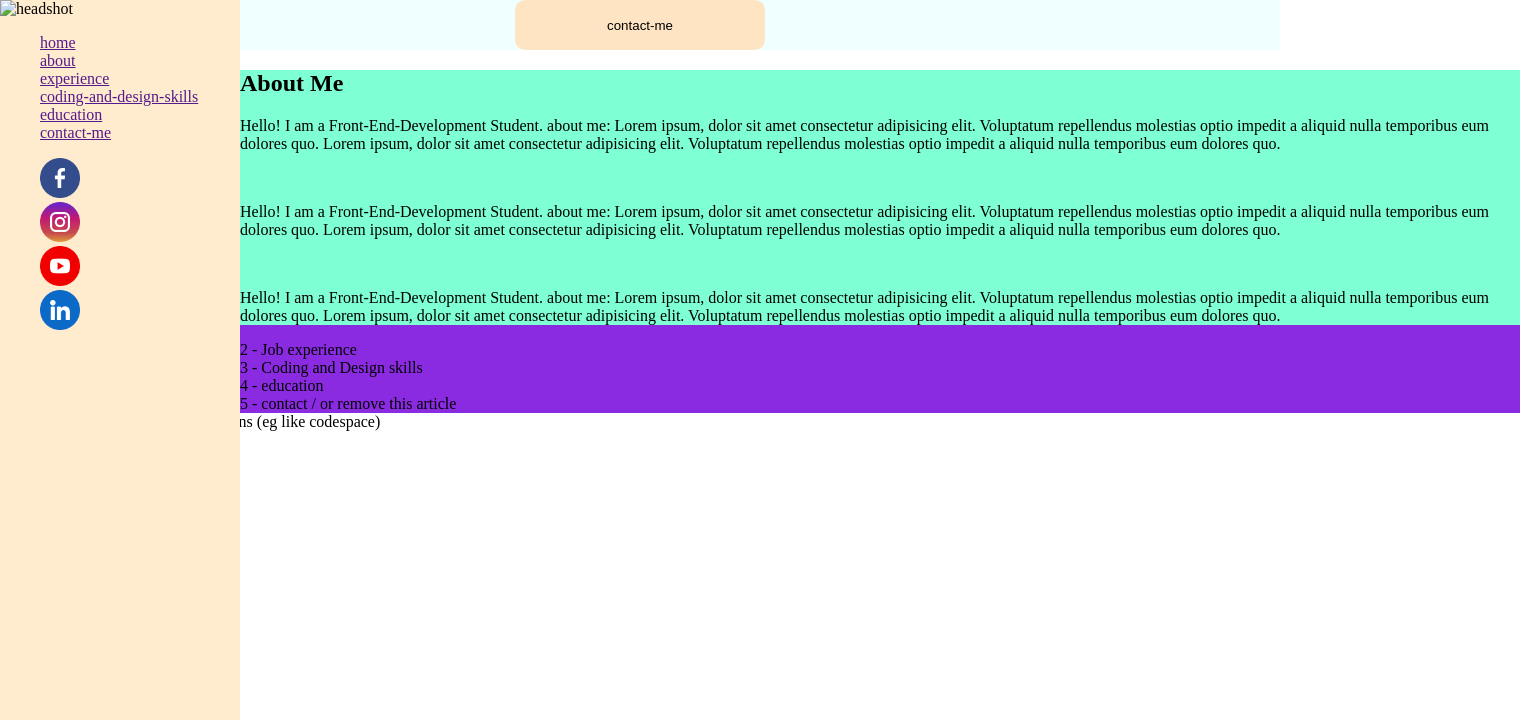
Repository: WesleyErasmus/MyDigitalResume-5
Page: index.html
These files come from the project's save history. The page is drawn as it stood at one moment and after the next save; the edit follows.
The browser window is 1280 px wide. The page is 1520 px wide, so the pictures cover 1520 px, including what lies to the right of the window. The pictures show the whole page.

Above is the page before, as saved 2022-02-24 16:10:32.

### index.html
<!DOCTYPE html>
<html lang="en">

<head>
    <meta charset="UTF-8">
    <meta http-equiv="X-UA-Compatible" content="IE=edge">
    <meta name="viewport" content="width=device-width, initial-scale=1.0">
    <title>Wesley Erasmus Digital Resume 5</title>
    <link rel="stylesheet" href="stylesheet.css">
</head>

<body>
    <!-- look into using use hr tag -->
    <header>
        <span>
            <button id="contact-me-btn">contact-me</button>
        </span>
    </header>
    <nav>
        <img src="" alt="headshot">
        <ul class="nav-btns">
            <li><a href="">home</a></li>
            <li><a href="">about</a></li>
            <li><a href="">experience</a></li>
            <li><a href="">coding-and-design-skills</a></li>
            <li><a href="">education</a></li>
            <li><a href="">contact-me</a></li>
        </ul>
        <ul class="social-media-links">
            <li><a href="https://www.facebook.com/codespaceza" target="_blank"><img src="/icons/facebook.png"
                        alt="Facebook" width="40px" height="40px"></a></li>
            <li><a href="https://www.instagram.com/codespaceza/" target="_blank"><img src="icons/instagram.png"
                        alt="Instagram" width="40px" height="40px"></a></li>
            <li><a href="https://www.youtube.com/channel/UCfmXJliguiwBv2QlRzWdrxA" target="_blank"><img
                        src="icons/youtube.png" alt="YouTube" width="40px" height="40px"></a></li>
            <li><a href="https://www.linkedin.com/school/codespaceza/" target="_blank"><img src="icons/linkedin.png"
                        alt="LinkedIn" width="40px" height="40px"></a></li>
        </ul>
    </nav>
    <main>
        <article class="about-me">
            <h1>About Me</h1>
                <p>Hello! I am a Front-End-Development Student. about me: Lorem ipsum, dolor sit amet consectetur
                    adipisicing elit. Voluptatum repellendus molestias optio impedit a aliquid nulla temporibus eum
                    dolores quo. Lorem ipsum, dolor sit amet consectetur adipisicing elit. Voluptatum repellendus
                    molestias optio impedit a aliquid nulla temporibus eum dolores quo.</p>
                <br>
                <p>Hello! I am a Front-End-Development Student. about me: Lorem ipsum, dolor sit amet consectetur
                    adipisicing elit. Voluptatum repellendus molestias optio impedit a aliquid nulla temporibus eum
                    dolores quo. Lorem ipsum, dolor sit amet consectetur adipisicing elit. Voluptatum repellendus
                    molestias optio impedit a aliquid nulla temporibus eum dolores quo.</p>
                <br>
                <p>Hello! I am a Front-End-Development Student. about me: Lorem ipsum, dolor sit amet consectetur
                    adipisicing elit. Voluptatum repellendus molestias optio impedit a aliquid nulla temporibus eum
                    dolores quo. Lorem ipsum, dolor sit amet consectetur adipisicing elit. Voluptatum repellendus
                    molestias optio impedit a aliquid nulla temporibus eum dolores quo.</p>
        </article>
        <article class="job-experience">
            2 - Job experience
        </article>
        <article class="coding-and-design-skills">
            3 - Coding and Design skills
        </article>
        <article class="education">
            4 - education
        </article>
        <article>
            5 - contact / or remove this article
        </article>
    </main>
    <footer>
        contact details
        small social media icons (eg like codespace)
    </footer>

</body>

</html>

### stylesheet.css
* {
    box-sizing: border-box;
    list-style-type: none;
}
body {
    margin: 0;
    padding: 0;
}
header {
    background-color: azure;
    text-align: center;
}
button#contact-me-btn {
    background-color: bisque;
    width: 250px;
    height: 50px;
    border-radius: 10px;
    border: none;
}
nav {
    background-color: blanchedalmond;
    float: left;
    position: fixed;
    left: 0;
    overflow-y: auto;
    overflow-x: hidden;
    height: 100vh;
    min-height: 100vh;
    top: 0;
    width: 240px;
    z-index: 1;
}
main {
    background-color: blueviolet;
    position: relative;
    display: block;
    margin-left: 240px;
    width: 100%;
    /* editing the width of the article content to fit the webpage */
    /* max-width: 100vw; */

}
article.about-me {
    background-color: aquamarine;
}

After the next save:
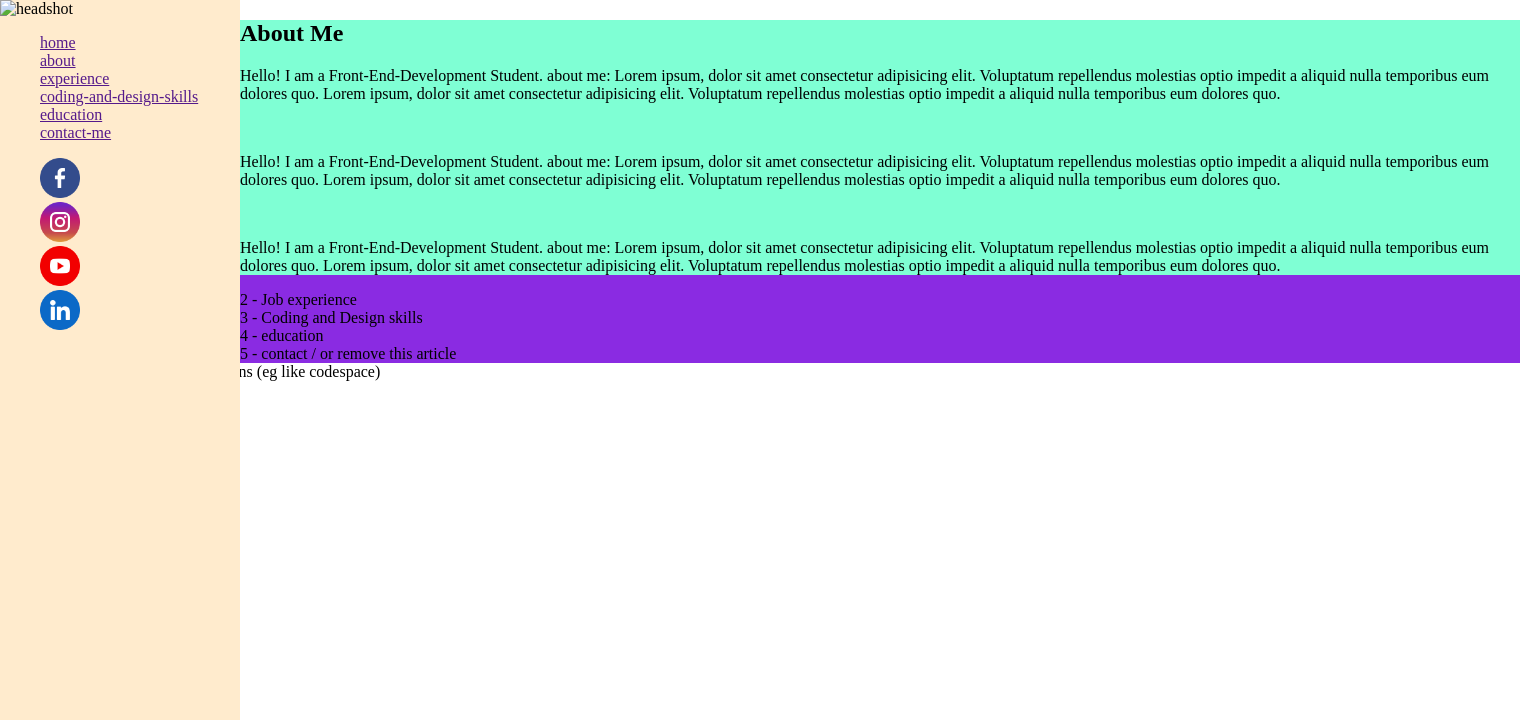
Saved 5 s later.
--- a/index.html
+++ b/index.html
@@ -11,11 +11,11 @@
 
 <body>
     <!-- look into using use hr tag -->
-    <header>
+    <!-- <header>
         <span>
             <button id="contact-me-btn">contact-me</button>
         </span>
-    </header>
+    </header> -->
     <nav>
         <img src="" alt="headshot">
         <ul class="nav-btns">

After the save that followed:
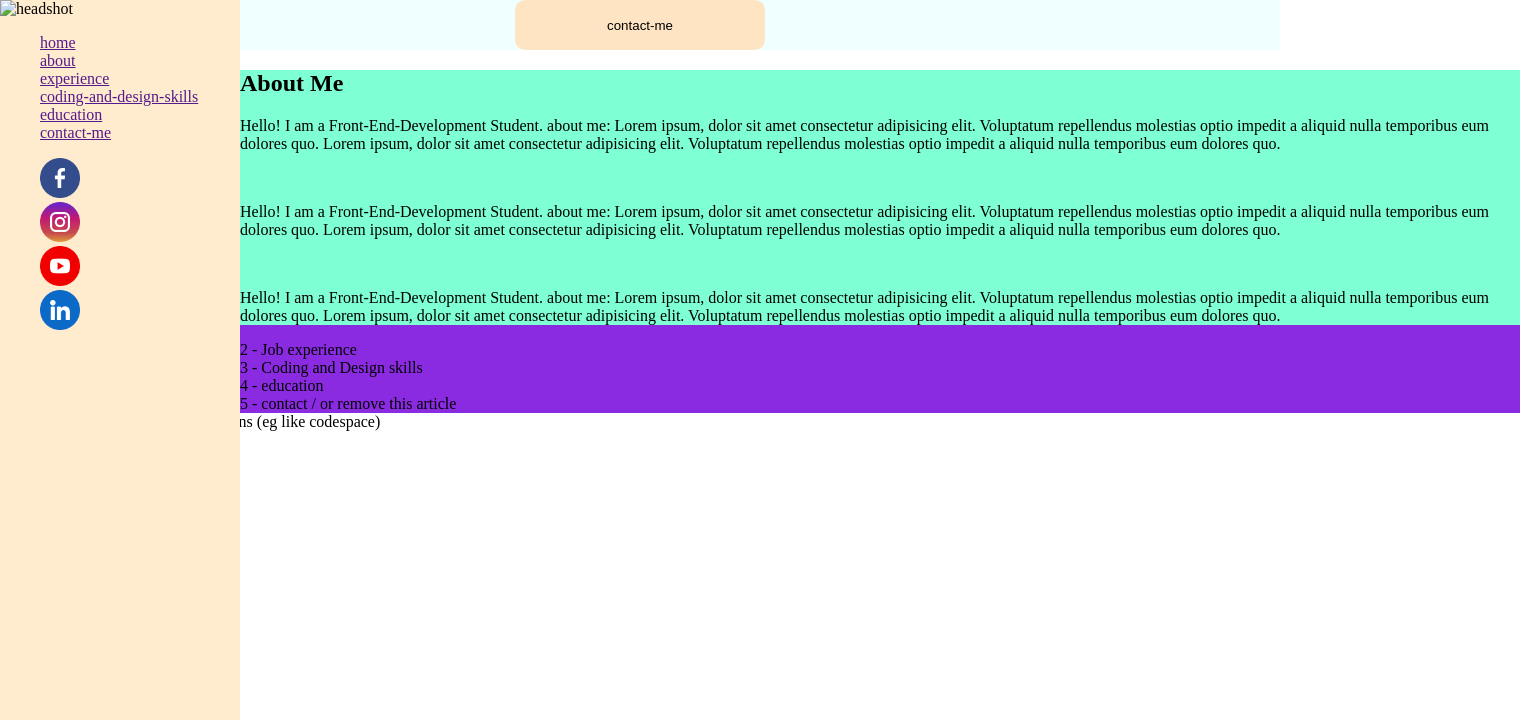
Saved 4 s later.
--- a/index.html
+++ b/index.html
@@ -11,11 +11,11 @@
 
 <body>
     <!-- look into using use hr tag -->
-    <!-- <header>
+    <header>
         <span>
             <button id="contact-me-btn">contact-me</button>
         </span>
-    </header> -->
+    </header>
     <nav>
         <img src="" alt="headshot">
         <ul class="nav-btns">
